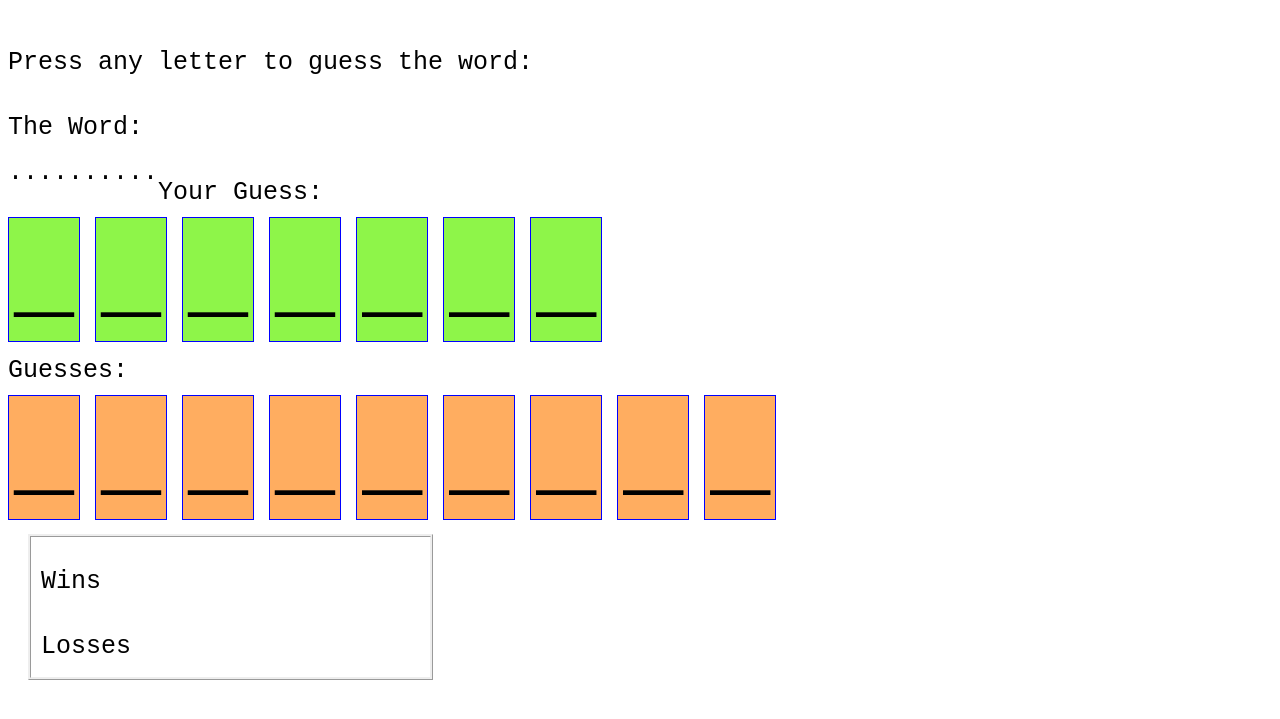
Repository: dsaftler/JavaScript
Page: index.html
An editor plug-in stored every save of this project. The page is shown before and after the next save, followed by the edit.
The browser window is 1280 px wide. The pictures show the whole page.

Above is the page before, as saved 2019-03-30 22:52:37.

### index.html
<!DOCTYPE html>
<html lang="en">
<head>
  <meta charset="UTF-8">
  <meta name="viewport" content="width=device-width, initial-scale=1.0">
  <meta http-equiv="X-UA-Compatible" content="ie=edge">
  <link href="https://fonts.googleapis.com/css?family=Ubuntu+Mono" rel="stylesheet">
  <link rel="stylesheet" href="assets\css\style.css">

  <title>JavaScript Hangman Game</title>
</head>
<body>
    <div class="container showtext">
        <div class="instructions showtext">Press any letter to guess the word: </div>
        <div width: 50%>
         <div class="word showtext">The Word:</div>
         <div id="correctWord" class="floater">..........</div>
        </div>
         <div id="curGuess" class="word showtext">Your Guess: </div>
         <div class="letter match" id="chr_0">_</div>
         <div class="letter match" id="chr_1">_</div>
         <div class="letter match" id="chr_2">_</div>
         <div class="letter match" id="chr_3">_</div>
         <div class="letter match" id="chr_4">_</div>
         <div class="letter match" id="chr_5">_</div>
         <div class="letter match" id="chr_6">_</div>


        <div class="guesses showtext" id="showRemaining">Guesses: </div>

        <div class="letter guessed" id="guess_0">_</div>
        <div class="letter guessed" id="guess_1">_</div>
        <div class="letter guessed" id="guess_2">_</div>
        <div class="letter guessed" id="guess_3">_</div>
        <div class="letter guessed" id="guess_4">_</div>
        <div class="letter guessed" id="guess_5">_</div>
        <div class="letter guessed" id="guess_6">_</div>
        <div class="letter guessed" id="guess_7">_</div>
        <div class="letter guessed" id="guess_8">_</div>


      <div class="score">
      <div class="showtext" id="showWins">Wins</div>
      <div class="showtext" id="showLosses">Losses</div>
      </div>
    </div>

    <script type="text/javascript" src="assets/javascript/game.js"></script>


</body>
</html>

### assets/css/style.css
body {font-family: 'Ubuntu+Mono',monospace, sans-serif;
font-weight: 400}
.showtext {height:35px;
padding: 20px 0 10px;
font-size: 25px;}
.letter {font-size: 100px;
  display: inline;
  padding: 5px;}
.match {
  border: 1px solid blue;
  background-color: rgb(142, 245, 73)}
.guessed {
  font-weight: 100;
  border: 1px solid blue;
  background-color: rgb(255, 173, 96)}
.floater {
  float: left
}
.score{
  margin-top: 20px;
  margin-left: 20px;
  padding:10px;
  height:120px;
  width: 30%;
  border-style: ridge}

### assets/javascript/game.js

// Variables
var wordArr
var cntWins,
  curCntGuess,
  ltr_0,
  ltr_1,
  ltr_2,
  ltr_3,
  ltr_4,
  ltr_5,
  ltr_6;

 var ltrTried_0,
  ltrTried_1,
  ltrTried_2,
  ltrTried_3,
  ltrTried_4,
  ltrTried_5,
  ltrTried_6,
  ltrTried_7,
  ltrTried_8,
  ltrTried_9 ;

var maxGuesses=9,
   cntWins=0,
   cntLosses=0;
var userGuess;
// within the game
// while wordArr.length>0
//while (wordArr.length>0) {
var curPtr,curCntGuess,
  curLetter,curWord,myWord,
  badGuess, curWordArr,builtWord,
  isFound,
  curPtr=0,
  firstTime=true;

  console.log('firstTime:' +firstTime)
  wordArr= ["unicorn","griffin","dragon","mermaid","centaur","pegasus"];
initGame();

document.onkeypress = function(event){
  isFound=false
  // Determines which key was pressed.
  var userGuess = event.key;
  userGuess=userGuess.toLowerCase()
  console.log("userGuess: "+userGuess);
  // is userGuess already in badGuess
  //showValue("curGuess",userGuess);

  for (let i=0; i<badGuess.length; i++) {
        //See if that letter was already chosen by parsing badGuess
    if (badGuess[i]===userGuess){
      alert("You alread guessed "+userGuess)
      isFound=true
    }
  }
                //see if it's in the target word
                // for every letter in curWord, see if that letter exists at that index  charAt(index)
  console.log("curWordArr "+curWordArr)
  if (!isFound)
  {
    for (let i=0; i<curWordArr.length; i++)
    {
                  //if index [j]is blank and matches our guess

      if (curWordArr[i]===userGuess)
      {
        console.log("curWordArr "+i+'='+curWordArr[i])
        builtWord[i]=userGuess
                 //set getElementId for that index (see if I can create a variable "ltr_"+(toString([j]))
        //id="chr_0"
        el='chr_'+i
        showValue(el,userGuess)
        //getElementById(el).textContent:userGuess;
        isFound=true
      }
    }
  }
  if (!isFound)
  {
    el="guess_"+badGuess.length;
    showValue(el,userGuess)  ;
    // push to badGuess
      badGuess.push(userGuess);
      console.log("badGuess: "+badGuess)
      curCntGuess++
      console.log("curCntGuess :" +curCntGuess)
      // push content for ltrTried ids
      // show content for badguesses
  }



  if (curCntGuess>=maxGuesses){
      //alert('You lost')
      cntLosses;
      showValue("showLosses",cntLosses)
      showValue("correctWord",curWord)
      showValue("curGuess",'')
      nextWord()
  } else {
    if (collapseArray()===curWord){
      alert("You won")
      cntWins++;
      showValue("showWins",cntWins)
      showValue("curGuess",'')
      nextWord()
    } else {
      myWord=''
    }
  }

}


function initGame(){
  allLetters = document.querySelectorAll('.letter');
  allLetters.forEach(element => {
    element.textContent = '_';
  });
  curCntGuess = 0;
  curLetter="";
  curWord="";
  myWord="";
  badGuess = [];
  curWordArr=[];
  builtWord=[];
  console.log("WordArr aft: "+wordArr)
  console.log("wordArr.length: "+wordArr.length)
  curPtr=getRandomPtr(wordArr.length); //0
  console.log("curPtr: "+curPtr)
  //curWordArr = array the word at that index
  curWord=wordArr[curPtr];   //unicorn
  console.log("curWord: "+curWord)
  for (let i=0; i<curWord.length; i++){
    myLetter=curWord.charAt([i]);
    //console.log(myLetter);
    curWordArr.push(myLetter);
  }
  //clear the ltrTried & ltr elements
  //console.log(curPtr);
  //console.log(curWord);
  console.log("curWordArr "+curWordArr)
}

function nextWord(){
  console.log("Word Arr b4: " +wordArr)
  wordArr.splice(curPtr,1)
  // var newArr=Array.from(wordArr)
  // console.log("WordArr aft: "+wordArr)
  // console.log("newArr aft: "+newArr)
  // console.log("wordArr.length: "+wordArr.length)
  // console.log("newArr length: "+newArr.length)
  // wordArr=[];
  // wordArr=Array.from(newArr)
  // console.log("WordArr from newArr: "+wordArr)
  // console.log("wordArr.length: "+wordArr.length)

  if (wordArr.length===0){
    alert("End of Game")
  }else{
    initGame()
  }
}
function showValue(thisId,thisValue){
  var target=document.getElementById(thisId);
  console.log(thisValue)
  console.log(thisId)
  target.innerHTML=thisValue;
}
function addValue(thisId,thisValue){
  var target=document.getElementById(thisId);
  target.innerHTML=target.innerHTML+thisValue;
}
function collapseArray(){

  for (let k=0; k<builtWord.length; k++) {
    localVal=builtWord[k]
    if (typeof(localVal)!='undefined') {
   // console.log("myWord length: "+myWord.length+ " K is "+localVal)
    myWord=myWord+localVal
   //console.log("myWord "+myWord)
    }
  }
  return myWord
}


function getUserGuess() {
  var userGuess= document.getElementById("getKeyPress");
  userGuess=userGuess.toLowerCase();


  }



function getRandomPtr(max) {
      return Math.floor(Math.random() * Math.floor(max));
      // this will return 0 through max-1
}
function getRandomInt(max) {
  return getRandomPtr(max)+1
  // this will return 1 through max
}

After the next save:
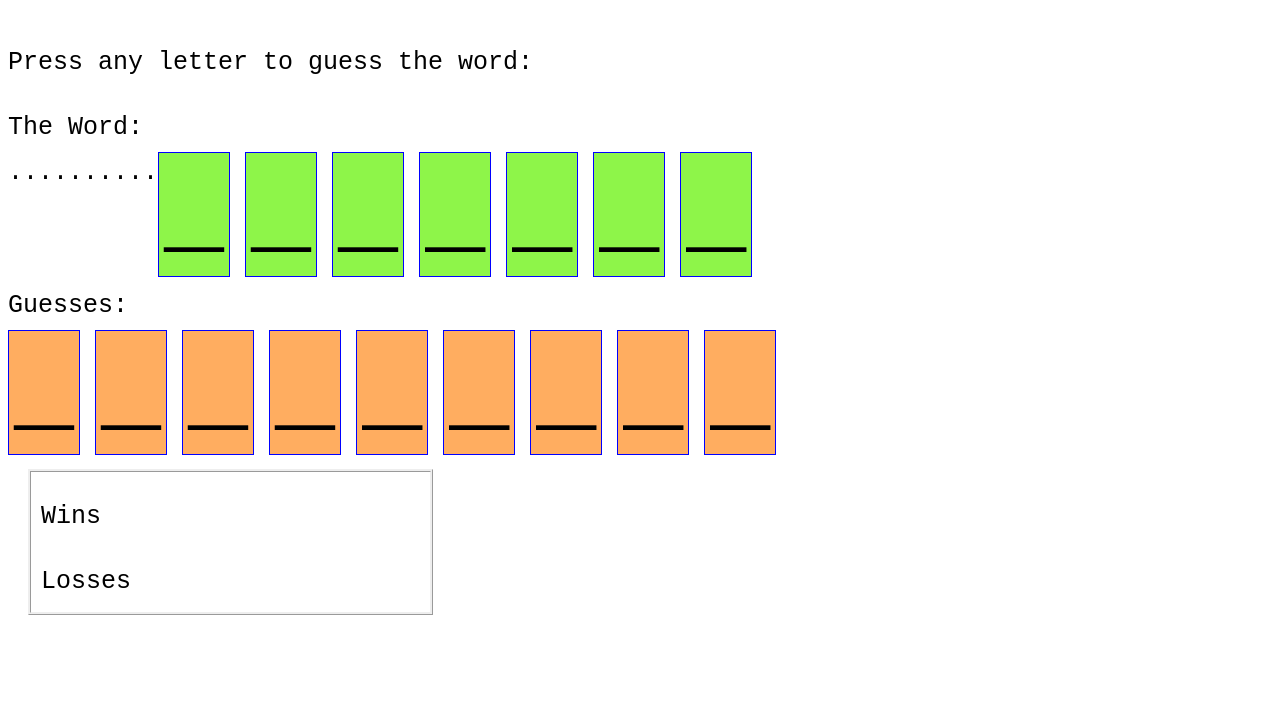
Saved 65 s later.
--- a/index.html
+++ b/index.html
@@ -16,7 +16,7 @@
          <div class="word showtext">The Word:</div>
          <div id="correctWord" class="floater">..........</div>
         </div>
-         <div id="curGuess" class="word showtext">Your Guess: </div>
+
          <div class="letter match" id="chr_0">_</div>
          <div class="letter match" id="chr_1">_</div>
          <div class="letter match" id="chr_2">_</div>
